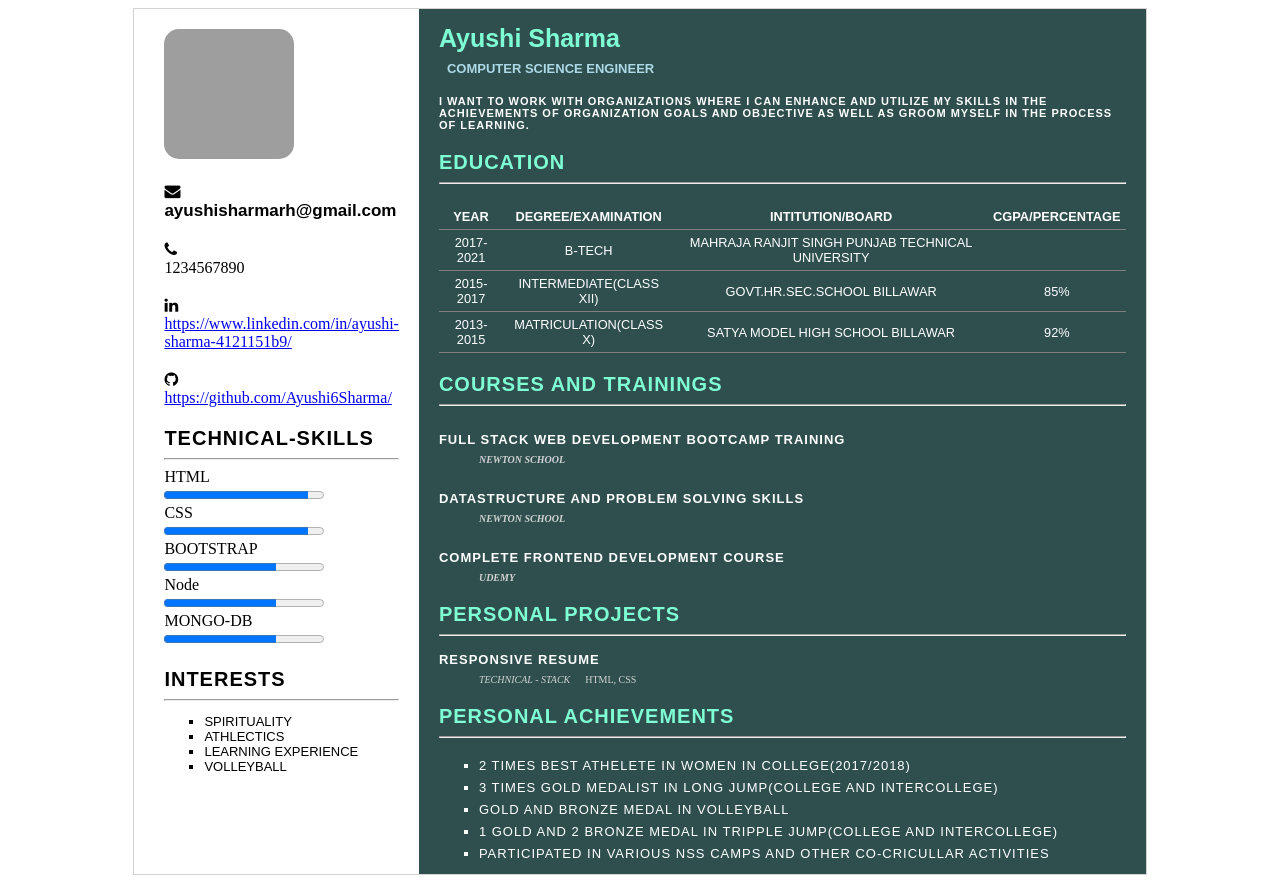
Repository: Ayushi6Sharma/Resume
Page: index.html
These files come from the project's save history. The page is drawn as it stood at one moment and after the next save; the edit follows.
The browser window is 1280 px wide. The pictures show the whole page.
Pictures or frames that could not be fetched are drawn as grey boxes.

Above is the page before, as saved 2022-05-04 17:07:20.

After the next save:
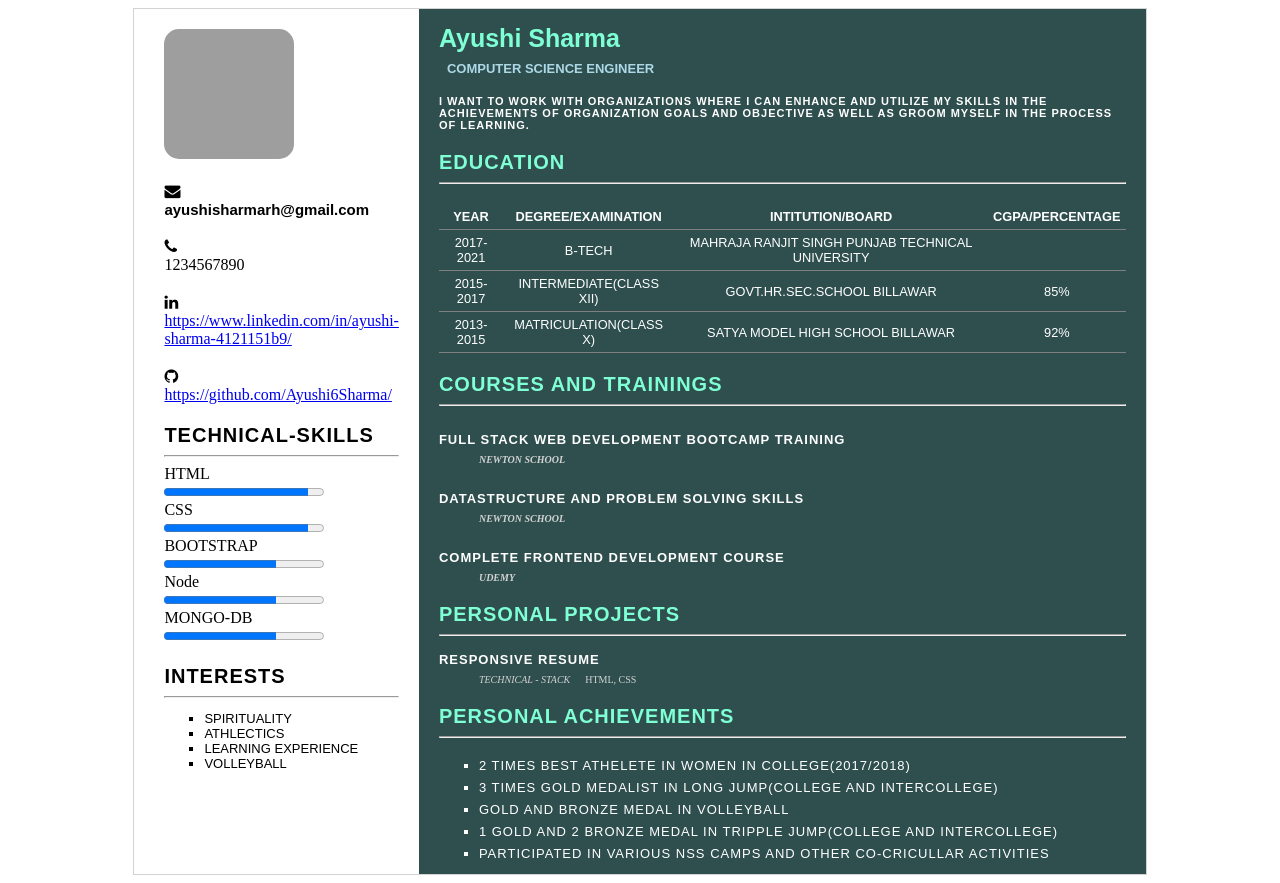
Saved 27 s later.
--- a/style.css
+++ b/style.css
@@ -35,7 +35,7 @@
     border-radius:15px;
 }
 .email-address{
-    font-size: 17px;
+    font-size: 15px;
     font-weight: bold;
     font-family: sans-serif;
 }
